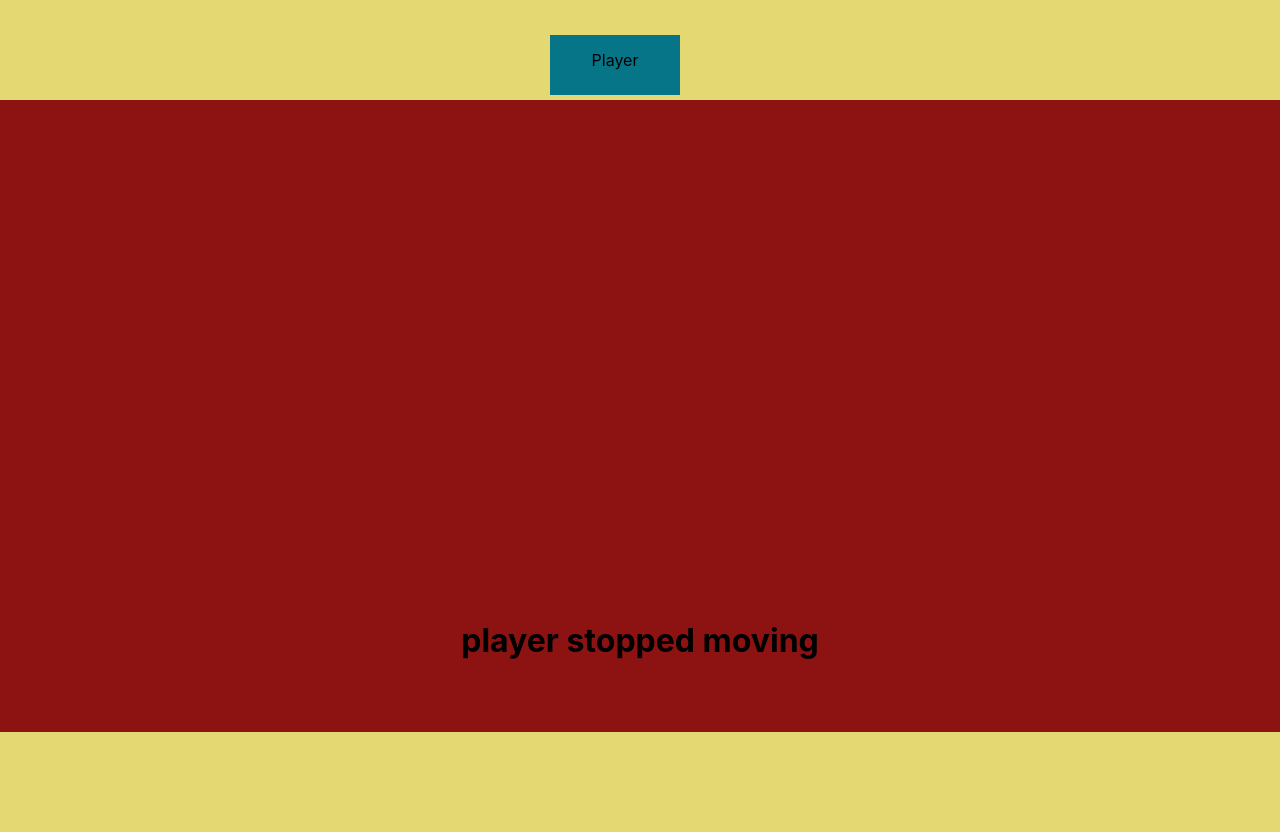
Repository: DerickT02/red-light-green-light
Page: /
The author's editor kept a copy of each file at every save. The page is drawn from the files as they stood at one save, then again after the next save.
The browser window is 1280 px wide. The pictures show the whole page.
The project was rebuilt for these pictures with package versions that can differ from the ones it lists, and the page was loaded fresh each time.

Above is the page before, as saved 2021-12-06 08:26:59.

### src/App.js
import { Provider } from "react-globally";
import Field from "./Field";
import { GlobalProvider } from './GlobalState'
import { createContext, React } from 'react'

function App() {






  return (
    <div className="App">
     <GlobalProvider>
        <Field/>
     </GlobalProvider>
    </div>
  );
}

export default App;

### src/Field.js
import './Field.css'
import Player from './Player'
import { useState } from 'react'
import { useContext } from 'react'
import { GlobalContext } from './GlobalState'




export default function Field(){
    const [light, setLight] = useState(true)
    const [canMove, setCanMove] = useState(true)
    const [lost, setLost] = useState(false)

    const { moving } = useContext(GlobalContext)




    function greenLight(){
        if(light === true){
            setLight(false)
            setCanMove(true)
        }
        else{
            setLight(true)
            setCanMove(false)
        }
    }


    window.setTimeout(greenLight, 5000)





    return(


        <div>
        {(moving && canMove) || (!moving && canMove) || (!moving && !canMove) ?
            <div className = "Field">
                <div className = "Start"><Player /></div>
                <div className = {light ? 'green-light' : 'red-light'}><h1>{moving ? 'player is moving' : 'player stopped moving'}</h1></div>
                <div className = "End"></div>
            </div>
          : (moving && !canMove) ?
        <div>
            <h1>
                You Lose
            </h1>
        </div> :

        <div className = "Field">
                <div className = "Start"><Player /></div>
                <div className = {light ? 'green-light' : 'red-light'}><h1>{moving ? 'player is moving' : 'player stopped moving'}</h1></div>
                <div className = "End"></div>
        </div>

        }
        </div>

    )
}

### src/GlobalState.js
import { createContext, useReducer } from "react";
import Appreducer from "./Appreducer";

let initialState = {

    moving: false
}



export const GlobalContext = createContext(initialState)

export const GlobalProvider = ({children}) => {
    const [state, dispatch] = useReducer(Appreducer, initialState)

    function setMoving(isMoving){
        dispatch({
            type: 'IS_MOVING',
            payload: isMoving
        })

    }


    return (
        <GlobalContext.Provider value = {{moving: state.moving, setMoving}}>
            {children}
        </GlobalContext.Provider>
    )
}

### src/Field.css
.Field {
    text-align: center;
    width: 100%;
    height: 100%;
}

.End{
    padding: 50px;
    background-color:  rgb(228, 216, 114);

}


.Start{
    text-align: center;
    padding: 50px;
    background-color: rgb(228, 216, 114);

}

.green-light{
    padding: 50px;
    background: rgb(33, 112, 33);
    padding-top: 500px;
}
.red-light{
    padding: 50px;
    background: rgb(141, 19, 19);
    padding-top: 500px;
}

### src/Player.js
import './Player.css'
import { useEffect, useRef, useContext } from 'react'
import { GlobalContext } from './GlobalState'



export default function Player(){

    let { moving, setMoving } = useContext(GlobalContext)
    let currMoving = false



    function moveDown(element){
        if(element === null) return
        let playerStyle = window.getComputedStyle(element)
        let topValue = playerStyle.getPropertyValue('top').replace('px','')
        element.style.top = (Number(topValue) + 5) + 'px'




    }

    function moveUp(element){
        if(element ===null) return
        let playerStyle = window.getComputedStyle(element)
        let topValue = playerStyle.getPropertyValue('top').replace('px','')
        element.style.top = (Number(topValue) - 5) + 'px'




    }



   window.addEventListener('keydown', (e) => {
       let currPlayer = document.getElementById('Player')

    if(!e.repeat){
        setMoving(true)

    }



       else if(e.code === 'ArrowDown'){
        moveDown(currPlayer)


       }

       else if(e.code === 'ArrowUp'){
        moveUp(currPlayer)

       }
   })


   window.addEventListener('keyup', (e) => {

       if(e.code === 'ArrowDown'){
           setMoving(false)

       }

       else if(e.code === 'ArrowUp'){
           setMoving(false)
       }

       else{
           setMoving(false)
       }
   })








    return(
    <div id= "Player">Player</div>
    )
}

### src/Appreducer.js
import React from 'react'

export default (state, action) => {
    switch (action.type){
        case 'IS_MOVING':
            return {
                moving: action.payload === true ? true : false
            }
        default:
            return state
    }
}

### src/Player.css
#Player {
  position: absolute;
  z-index: 1;
  width: 100px;
  height: 30px;
  padding: 15px;
  background-color: rgb(6, 117, 136);
  top: 35px;
  left: 550px;
  transition: 0.1s;

}

Loaded but not shown: public/index.html (common file); src/index.js (common file); src/index.css (common file)

After the next save:
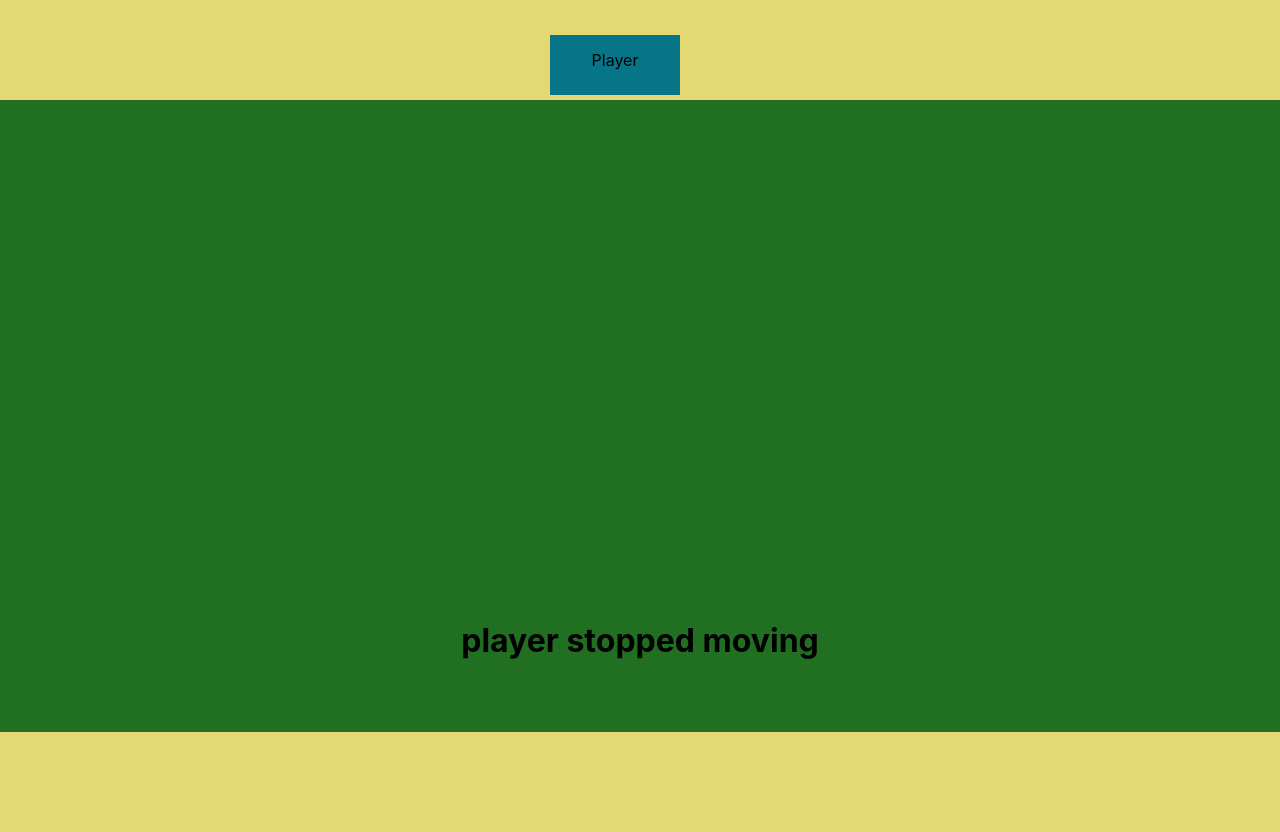
Saved 5 min 30 s later.
--- a/src/Field.js
+++ b/src/Field.js
@@ -29,7 +29,7 @@
     }
 
 
-    window.setTimeout(greenLight, 5000)
+    window.setTimeout(greenLight, 2000)
 
 
 

After the save that followed:
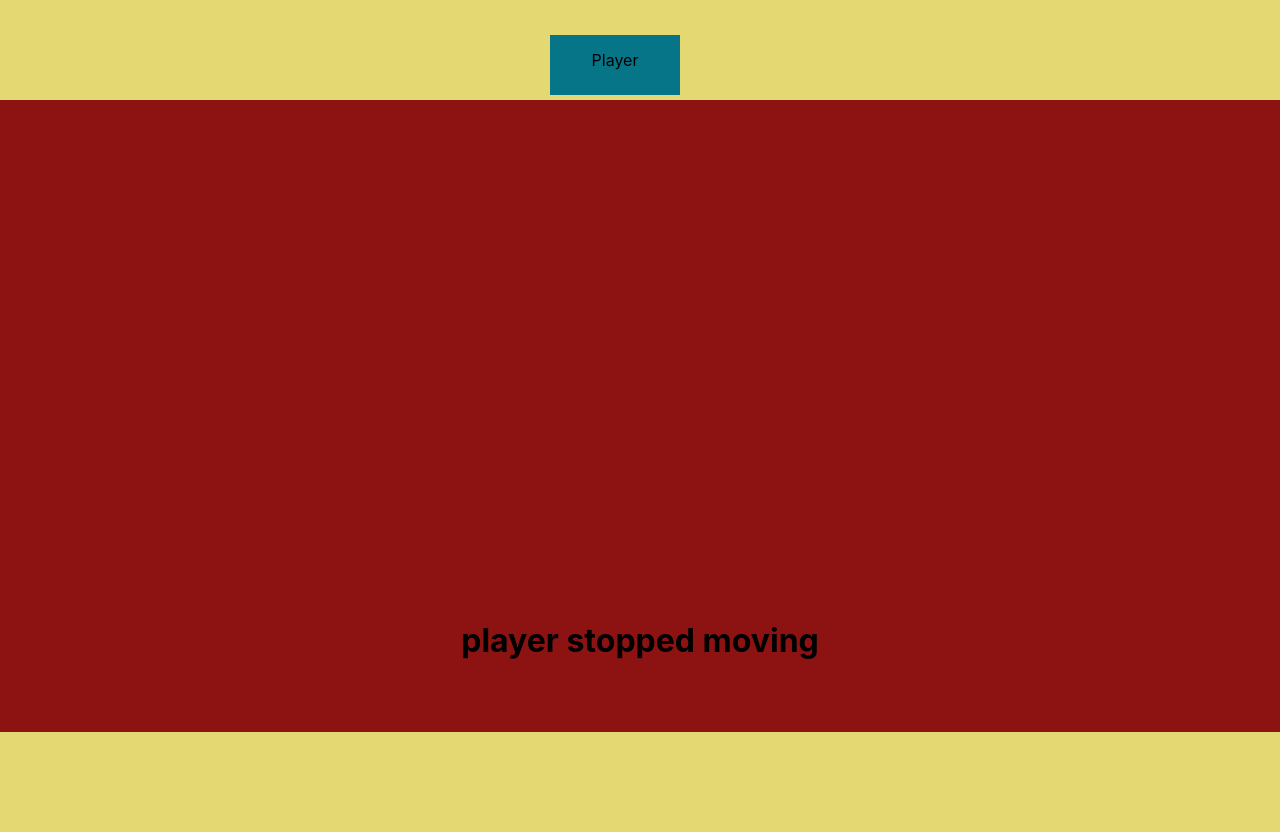
Saved 36 s later.
--- a/src/Field.js
+++ b/src/Field.js
@@ -29,7 +29,7 @@
     }
 
 
-    window.setTimeout(greenLight, 2000)
+    window.setTimeout(greenLight, 1000)
 
 
 
